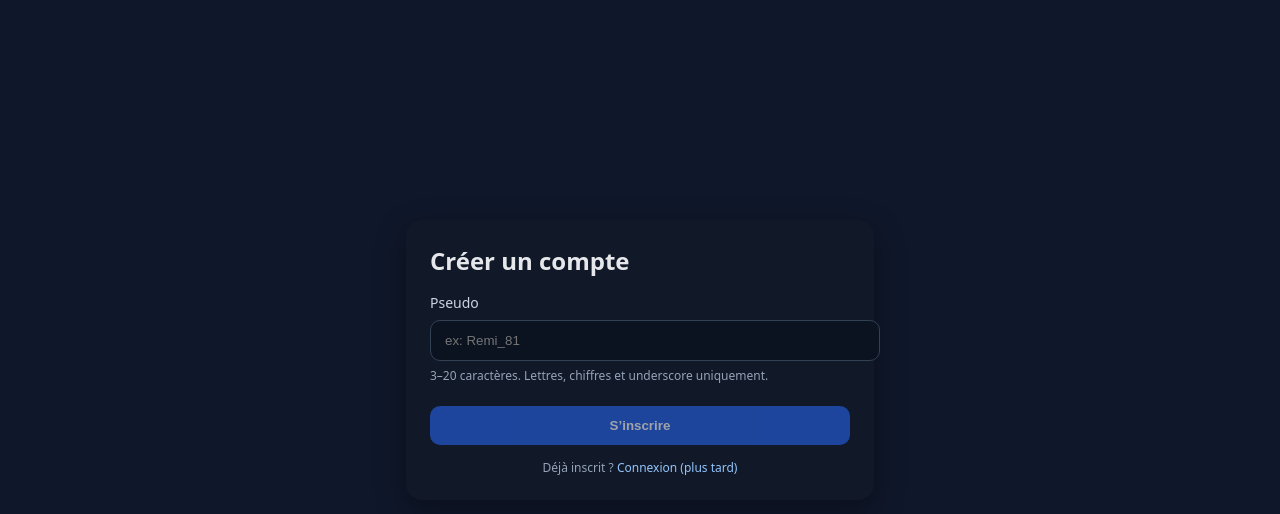
Repository: remi77130/loi-direct
Page: http://localhost/loi/register.php
The author's editor kept a copy of each file at every save. The page is drawn from the files as they stood at one save, then again after the next save.
The browser window is 1280 px wide. The pictures show the whole page.
The page is run by PHP 8.4 with error messages shown; the project is at /var/www/html/.

Above is the page before, as saved 2025-09-23 12:15:43.

### register.php
<?php
// register.php
declare(strict_types=1);
session_start();
require __DIR__ . '/db.php';
require __DIR__ . '/config.php';   // <- pour APP_BASE et la punchline


// CSRF token léger
if (empty($_SESSION['csrf'])) {
    $_SESSION['csrf'] = bin2hex(random_bytes(16));
}

$errors = [];
if ($_SERVER['REQUEST_METHOD'] === 'POST') {


    $csrf = $_POST['csrf'] ?? '';
if (!hash_equals($_SESSION['csrf'] ?? '', $csrf)) {
    $errors[] = "Session expirée. Recharge la page.";
}

else {
        $pseudo = trim($_POST['pseudo'] ?? '');

        // Règles: 3-20, alphanum + underscore
        if (!preg_match('/^[A-Za-z0-9_]{3,20}$/', $pseudo)) {
            $errors[] = "Le pseudo doit faire 3 à 20 caractères (lettres, chiffres, underscore).";
        } else {
            // Dispo serveur
            $stmt = $mysqli->prepare('SELECT 1 FROM users WHERE pseudo = ? LIMIT 1');
            $stmt->bind_param('s', $pseudo);
            $stmt->execute();
            $stmt->store_result();
            if ($stmt->num_rows > 0) {
                $errors[] = "Ce pseudo est déjà pris.";
            }
            $stmt->close();
        }

        if (!$errors) {
            // Insert
            $ins = $mysqli->prepare('INSERT INTO users (pseudo) VALUES (?)');
            $ins->bind_param('s', $pseudo);


          if ($ins->execute()) {
session_regenerate_id(true);
$_SESSION['user_id'] = $mysqli->insert_id;
$_SESSION['pseudo']  = $pseudo;
$_SESSION['flash_success'] = random_punchline($pseudo);




$redirect = rtrim(APP_BASE, '/').'/index.php'; //Chemin de réussite (non PHP_SELF, ajouter la redirection à la liste blanche)
    header('Location: '.$redirect, true, 303);
exit;


}
else {
                $errors[] = "Échec d’inscription (BDD).";
            }
            $ins->close();
        }
    }
}



?>
<!doctype html>
<html lang="fr">
<head>
  <meta charset="utf-8">
  <title>Inscription — Loi Direct</title>
  <meta name="viewport" content="width=device-width, initial-scale=1">
  <style>
    :root { font-family: system-ui, -apple-system, Segoe UI, Roboto, Arial, sans-serif; }
    body { background:#0f172a; color:#e5e7eb; display:flex; min-height:100vh; align-items:center; justify-content:center; margin:0; }
    .card { background:#111827; padding:24px; border-radius:16px; width:100%; max-width:420px; box-shadow: 0 10px 30px rgba(0,0,0,.35); }
    h1 { margin:0 0 16px; font-size:24px; }
    label { display:block; font-size:14px; margin-bottom:8px; color:#cbd5e1; }
    input[type="text"]{
      width:100%; padding:12px 14px; border-radius:10px; border:1px solid #334155;
      background:#0b1220; color:#e5e7eb; outline:none;
    }
    .hint { font-size:12px; color:#94a3b8; margin-top:6px; }
    .status { font-size:12px; margin-top:6px; }
    .ok { color:#34d399; }
    .ko { color:#f87171; }
    .btn {
      width:100%; margin-top:16px; padding:12px; border:none; border-radius:10px;
      background:#2563eb; color:white; font-weight:600; cursor:pointer;
    }
    .btn:disabled { opacity:.6; cursor:not-allowed; }
    .errors { background:#7f1d1d; color:#fecaca; padding:10px; border-radius:8px; margin-bottom:12px; }
    .footer { margin-top:14px; font-size:12px; color:#94a3b8; text-align:center; }
    a { color:#93c5fd; text-decoration: none; }
  </style>
</head>
<body>
  <div class="card">
    <h1>Créer un compte</h1>

    <?php if ($errors): ?>
      <div class="errors">
        <?php foreach ($errors as $e) echo "<div>".htmlspecialchars($e, ENT_QUOTES)."</div>"; ?>
      </div>
    <?php endif; ?>

    <form method="post" autocomplete="off" novalidate>
      <label for="pseudo">Pseudo</label>
      <input type="text" id="pseudo" name="pseudo" minlength="3" maxlength="20"
             pattern="[A-Za-z0-9_]{3,20}" required placeholder="ex: Remi_81">
      <div class="hint">3–20 caractères. Lettres, chiffres et underscore uniquement.</div>
      <div id="status" class="status"></div>

      <input type="hidden" name="csrf" value="<?php echo htmlspecialchars($_SESSION['csrf'], ENT_QUOTES); ?>">
      <button id="submitBtn" class="btn" type="submit" disabled>S’inscrire</button>
    </form>

    <div class="footer">Déjà inscrit ? <a href="#">Connexion (plus tard)</a></div>
  </div>

<script>
const $pseudo = document.getElementById('pseudo');
const $status = document.getElementById('status');
const $submit = document.getElementById('submitBtn');

let t = null;
$pseudo.addEventListener('input', () => {
  const v = $pseudo.value.trim();
  $submit.disabled = true;
  $status.textContent = '';

  if (!/^[A-Za-z0-9_]{3,20}$/.test(v)) {
    $status.textContent = 'Format invalide.';
    $status.className = 'status ko';
    return;
  }

  clearTimeout(t);
  t = setTimeout(async () => {
    try {
      const res = await fetch('check_pseudo.php?pseudo=' + encodeURIComponent(v), {cache: 'no-store'});
      const data = await res.json();
      if (!data.ok) {
        $status.textContent = 'Format invalide.';
        $status.className = 'status ko';
        return;
      }
      if (data.available) {
        $status.textContent = '✅ Pseudo disponible';
        $status.className = 'status ok';
        $submit.disabled = false;
      } else {
        $status.textContent = '❌ Déjà pris';
        $status.className = 'status ko';
      }
    } catch (e) {
      $status.textContent = 'Erreur de vérification';
      $status.className = 'status ko';
    }
  }, 250); // petit debounce
});
</script>
</body>
</html>

### db.php
<?php
// db.php Ignore db.php (dans .gitignore) s’il contient identifiants.
declare(strict_types=1);

const DB_HOST = '127.0.0.1';
const DB_NAME = 'loi_direct';
const DB_USER = 'root';
const DB_PASS = ''; // XAMPP par défaut

$mysqli = new mysqli(DB_HOST, DB_USER, DB_PASS, DB_NAME);
if ($mysqli->connect_errno) {
    http_response_code(500);
    exit('Erreur BDD: '.$mysqli->connect_error);
}
$mysqli->set_charset('utf8mb4');

### config.php
<?php
declare(strict_types=1);
define('APP_BASE', rtrim(dirname($_SERVER['PHP_SELF']), '/\\')); // ex: /loi
define('PROJECT_PAGE', 'project.php'); // unique



function random_punchline(string $pseudo): string { // Phrase dacceuil
  $lines = [
    "Bienvenue {pseudo} ! Ton compte est chaud bouillant 🔥",
    "C’est signé {pseudo}. On est bien 👌",
    "{pseudo}, t’es dans la place. Let’s go 🚀",
    "Bienvenue {pseudo} ! À toi de jouer ⚖️",
    "Inscription validée, — ma p’tite gueule ! 😎",
    "On t’attendait {pseudo} ! Fais-nous rêver ✍️",
    "{pseudo}, le peuple compte sur toi 💪",
    "Own the feed, {pseudo} ! 🏛️",
  ];
  $i = random_int(0, count($lines)-1);
  return strtr($lines[$i], ['{pseudo}' => $pseudo]);
}



/** Slugify : "Éxemple de Titre !" -> "exemple-de-titre" */
function slugify(string $text): string {
    $text = trim($text);

    if (function_exists('transliterator_transliterate')) {
        $text = transliterator_transliterate('Any-Latin; Latin-ASCII', $text);
    } else {
        $tmp = @iconv('UTF-8', 'ASCII//TRANSLIT//IGNORE', $text);
        if ($tmp !== false) $text = $tmp;
    }

    $text = preg_replace('~[^\pL\d]+~u', '-', $text);
    $text = trim($text, '-');
    $text = preg_replace('~[^-\w]+~', '', $text);
    $text = preg_replace('~-+~', '-', $text);
    return strtolower($text ?: 'projet');
}

function tag_slug(string $name): string { return slugify($name); }
function tag_url(string $slug): string { return APP_BASE . '/tag/' . rawurlencode($slug); }
function project_url(int $id, string $title): string {
    return APP_BASE . '/p/' . $id . '-' . rawurlencode(slugify($title));
}


// images
define('UPLOAD_DIR', __DIR__ . '/uploads');
define('UPLOAD_URL', APP_BASE . '/uploads');
define('UPLOAD_MAX_MB', 5);                        // 5 Mo par image
define('UPLOAD_MAX_FILES', 5);                     // max 5 images
define('UPLOAD_ALLOWED', ['image/jpeg','image/png','image/webp']);

    // Thumbnails
    define('THUMB_MAX_W', 480);
    define('THUMB_MAX_H', 480);

After the next save:
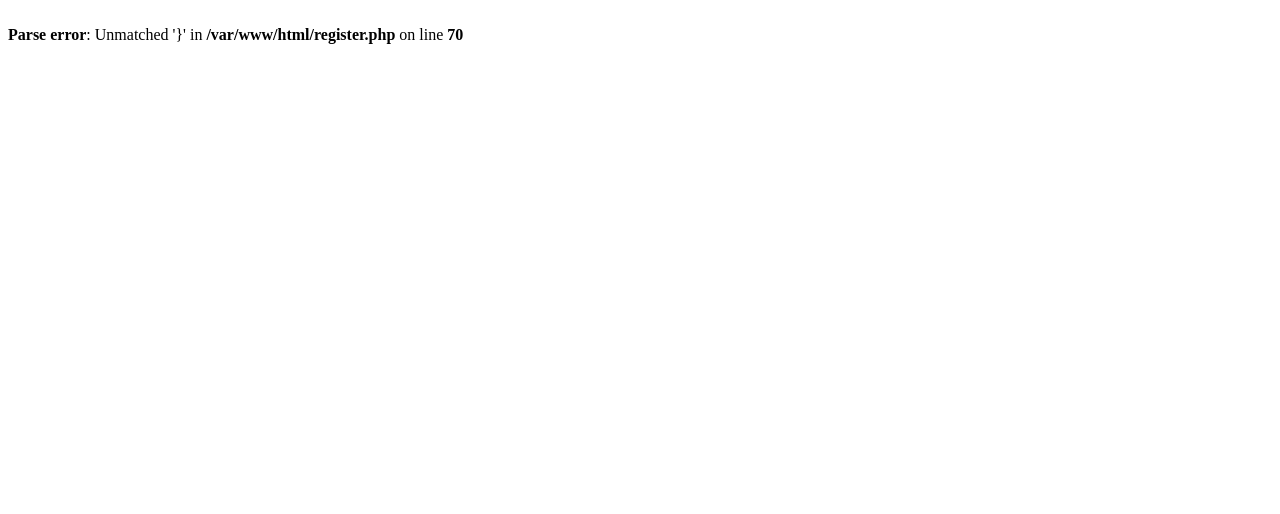
Saved 81 min 48 s later.
--- a/register.php
+++ b/register.php
@@ -22,6 +22,7 @@
 
 else {
         $pseudo = trim($_POST['pseudo'] ?? '');
+        $password = (string)($_POST['password'] ?? '');
 
         // Règles: 3-20, alphanum + underscore
         if (!preg_match('/^[A-Za-z0-9_]{3,20}$/', $pseudo)) {
@@ -38,24 +39,25 @@
             $stmt->close();
         }
 
-        if (!$errors) {
-            // Insert
-            $ins = $mysqli->prepare('INSERT INTO users (pseudo) VALUES (?)');
-            $ins->bind_param('s', $pseudo);
 
+// password basic rules
+        if (mb_strlen($password) < 8) {
+            $errors[] = "Le mot de passe doit faire au minimum 8 caractères.";
+        } elseif (!preg_match('/[A-Za-z]/', $password) || !preg_match('/\d/', $password)) {
+            $errors[] = "Le mot de passe doit contenir au moins une lettre et un chiffre.";
+        }
 
-          if ($ins->execute()) {
-session_regenerate_id(true);
-$_SESSION['user_id'] = $mysqli->insert_id;
-$_SESSION['pseudo']  = $pseudo;
-$_SESSION['flash_success'] = random_punchline($pseudo);
-
-
-
-
-$redirect = rtrim(APP_BASE, '/').'/index.php'; //Chemin de réussite (non PHP_SELF, ajouter la redirection à la liste blanche)
-    header('Location: '.$redirect, true, 303);
-exit;
+        $hash = password_hash($password, PASSWORD_DEFAULT);
+            $ins = $mysqli->prepare('INSERT INTO users (pseudo, password_hash) VALUES (?, ?)');
+            $ins->bind_param('ss', $pseudo, $hash);
+            if ($ins->execute()) {
+                session_regenerate_id(true);
+                $_SESSION['user_id'] = $mysqli->insert_id;
+                $_SESSION['pseudo']  = $pseudo;
+                $_SESSION['flash_success'] = random_punchline($pseudo);
+                $ins->close();
+                header('Location: ' . rtrim(APP_BASE, '/') . '/index.php', true, 303);
+                exit;
 
 
 }

After the save that followed:
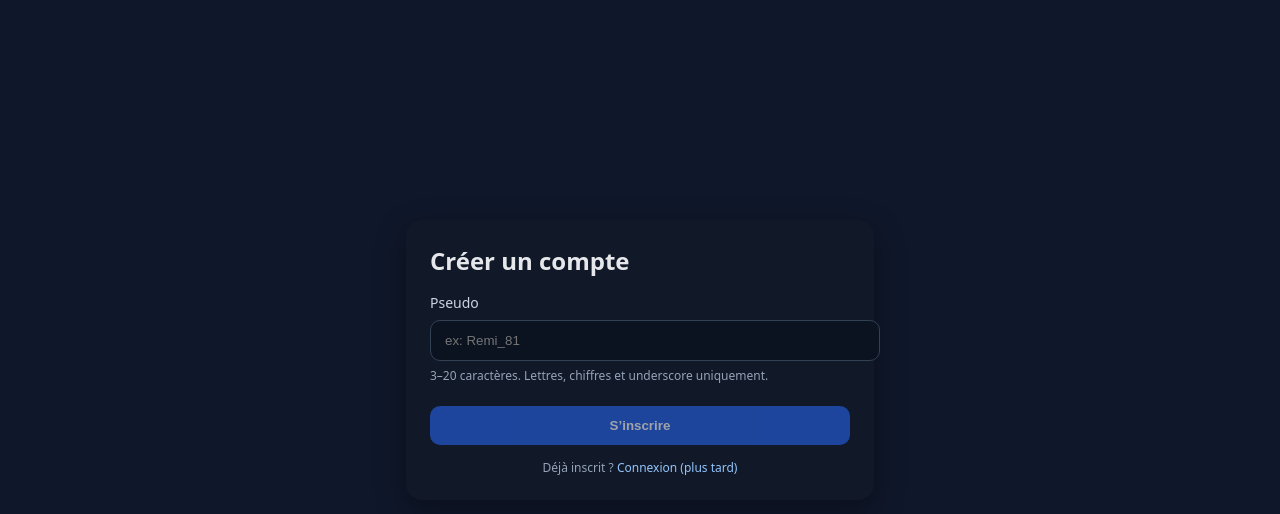
Saved 48 s later.
--- a/register.php
+++ b/register.php
@@ -67,7 +67,7 @@
             $ins->close();
         }
     }
-}
+
 
 
 
